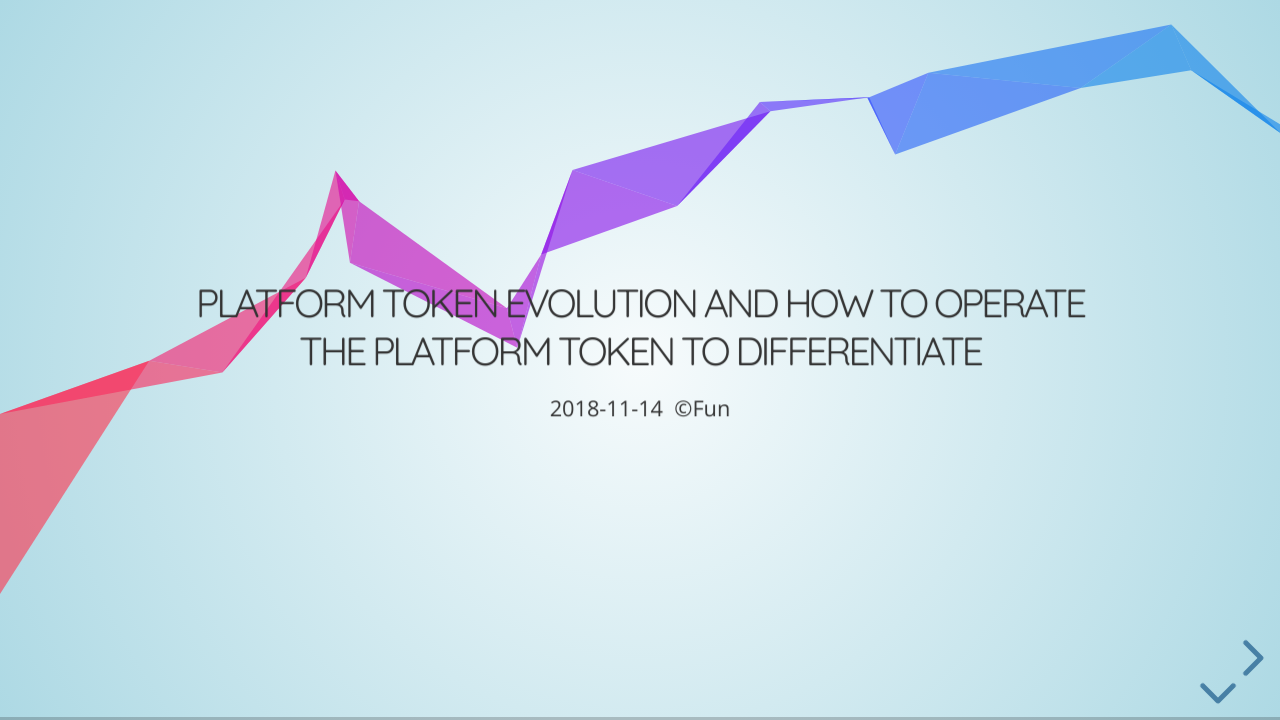
Repository: RickFang666/reveal-ppt
Page: index.html
The author's editor kept a copy of each file at every save. The page is drawn from the files as they stood at one save, then again after the next save.
The browser window is 1280 px wide. The pictures show the whole page.

Above is the page before, as saved 2018-11-13 10:52:20.

### index.html
<!DOCTYPE html>
<html>
  <head>
    <meta charset="utf-8" />
    <meta
      name="viewport"
      content="width=device-width, initial-scale=1.0, maximum-scale=1.0, user-scalable=no"
    />

    <title>reveal.js</title>

    <link rel="stylesheet" href="css/reveal.css" />
    <link rel="stylesheet" href="css/theme/sky.css" />

    <!-- Theme used for syntax highlighting of code -->
    <link rel="stylesheet" href="lib/css/zenburn.css" />
    <link rel="stylesheet" href="css/print/paper.css" />
    <link rel="stylesheet" href="css/custom.css" />
    <!-- Printing and PDF exports -->
    <!--
      <script>
      	var link = document.createElement('link');
      	link.rel = 'stylesheet';
      	link.type = 'text/css';
      	link.href = window.location.search.match(/print-pdf/gi) ? 'css/print/pdf.css' : 'css/print/paper.css';
      	document.getElementsByTagName('head')[0].appendChild(link);
      </script>
    -->
    <style>
      canvas {
        position: absolute;
        top: 0;
        left: 0;
        z-index: 1;
        width: 100%;
        height: 100%;
        pointer-events: none;
      }
    </style>
  </head>

  <body>
    <canvas></canvas>
    <div class="reveal">
      <div class="slides">
        <section>
          <section>
            <h6>
              Platform Token evolution and how to operate the Platform Token to
              differentiate
            </h6>
            <p class="fs-22">2018-11-14&nbsp;&nbsp;©Fun</p>
          </section>
          <section><h4>进步始于交流，收获源于分享</h4></section>
          <!--
            <section>
            	<h4>主题：WEB技术分享与交流</h4>
            	<h4>时间：周五16：00 - 17：00</h4>
            </section>
            <section>
            	<h4 class='ta-l'>会议章程</h4>
            	<ol>
            		<li>主讲人分享技术心得等，30分钟左右</li>
            		<li>组员依次提出本周遇到的技术问题，20分钟左右</li>
            		<li>暂定为自由讨论，10分钟左右</li>
            	</ol>
            </section>
          -->
        </section>
        <section>进入主题</section>
        <section data-markdown>
          <script type="text/template">
            <p class='ta-c'>浅谈React16新特性</p>
            * error boundaries
            * portals
            * render方法新增返回类型
            * 支持自定义DOM属性
            * 更好的服务器端渲染
            * 新的打包策略
            <!-- * MIT许可和新的核心架构 -->
          </script>
        </section>
        <section>
          <section data-markdown class="ta-l">
            <script type="text/template">
              <p class='ta-c'>Better Error Handling</p>
              &emsp;&emsp;之前，组件渲染过程中的运行时错误可能会使应用处于故障状态，产生隐蔽的错误消息并需要刷新页面才能恢复。为了解决这个问题，React16 使用更灵活的错误处理策略。默认情况下，如果在组件的渲染或生命周期方法中引发错误，将会从根节点卸载整个组件树。这可以防止显示损坏的数据，但是，这可能不是理想的用户体验。
            </script>
          </section>
          <section data-markdown class="ta-l">
            <script type="text/template">
              部分UI中的JavaScript错误不应该破坏整个应用程序。为了解决这个问题，React16 引入了error boundaries，中文译为"错误边界"的新概念。
            </script>
          </section>
          <section data-markdown class="ta-l">
            <script type="text/template">
              错误边界是一种特殊的React组件，可以在其子组件树中的任何位置捕获JavaScript错误，记录这些错误并显示回退UI，而不是崩溃的组件树。
            </script>
          </section>
          <section data-markdown class="ta-l">
            <script type="text/template">
              <p>React16 新增生命周期：`componentDidCatch`</p>
              如果一个类组件定义了该生命周期方法，它将成为一个错误边界。
            </script>
          </section>
          <section data-markdown class="ta-l">
            <script type="text/template">
              ```
              // 最佳实践
              class ErrorBoundary extends React.Component {
              	state = {
              	  hasError: false
              	};
              	componentDidCatch(error, info) {
              	  this.setState({ hasError: true });
              	}
              	render() {
              	  if (this.state.hasError) {
              		return <h1>Something went wrong.</h1>;
              	  }
              	  return this.props.children;
              	}
              }
              ```
            </script>
          </section>
          <section data-markdown class="ta-l">
            <script type="text/template">
              ```
              // 作为常规组件使用
              <ErrorBoundary>
              	<App />
              </ErrorBoundary>
              ```
            </script>
          </section>
          <section data-markdown class="ta-l">
            <script type="text/template">
              <p class='ta-c'>Portals</p>
              <p>&emsp;&emsp;Portals，中文可以理解为"传送门"，提供了一种一流的方法来将子组件渲染到父组件的 DOM 结构之外的DOM节点中。默认情况下，React组件树和DOM树是完全对应的，对于一些 Modal , Overlay 之类的组件实现，通常是将它们放在顶层，但逻辑上它们可能只是属于某个子组件，这不利于组件的结构组织。</p>
            </script>
          </section>
          <section data-markdown class="ta-l">
            <script type="text/template">
              ```
              ReactDOM.createPortal(child, container)
              ```
            </script>
          </section>
          <section data-markdown class="ta-l">
            <script type="text/template">
              通过使用 `React.createPortal` ，我们可以将组件渲染到我们想要的任意DOM节点中，但它依然存在于React树中。因此，该组件的行为与其它普通组件相似，在portal内部触发的事件也将传播到父组件。对于组件划分来说，这是一个很棒的特性。
            </script>
          </section>
          <section data-markdown class="ta-l">
            <script type="text/template">
              <p class='ta-c'>New render return types</p>
              React16 添加了新的返回类型：fragments and strings
            </script>
          </section>
          <section data-markdown class="ta-l">
            <script type="text/template">
              * fragments
              <br/>
              React16 支持在组件的render方法中返回一组元素。与其它数组一样，需要为每个元素添加一个唯一的key值以避免警告：
              ```
              render() {
              	// No need to wrap list items in an extra element!
              	return [
              	  // Don't forget the keys
              	  <li key="A">First item</li>,
              	  <li key="B">Second item</li>,
              	  <li key="C">Third item</li>,
              	];
              }
              ```
            </script>
          </section>
          <section data-markdown class="ta-l">
            <script type="text/template">
              从React16.2.0 开始，进一步提高对 JSX特殊片段语法的支持。
              ```
              render() {
              	return (
              	  <>
              		<ChildA />
              		<ChildB />
              		<ChildC />
              	  </>
              	);
              }
              ```
            </script>
          </section>
          <section data-markdown class="ta-l">
            <script type="text/template">
              * string
              <br/>
              React16 支持在组件的render方法中返回字符串：
              ```
              render() {
              	return 'Look ma, no spans!';
              }
              ```
            </script>
          </section>
          <section data-markdown class="ta-l">
            <script type="text/template">
              <p class='ta-l'>所有支持的完整返回类型列表：</p>

              * react elements (jsx)
              * string
              * numbers
              * booleans
              * null
              * fragments
              * portals
            </script>
          </section>
          <section data-markdown class="ta-l">
            <script type="text/template">
              <p class='ta-c'>Support for custom DOM attributes</p>
              &emsp;&emsp;在之前的版本中，React会忽略无法识别的HTML和SVG属性，如果您使用React无法识别的属性编写JSX，则React将跳过它。
            </script>
          </section>
          <section data-markdown class="ta-l">
            <script type="text/template">
              ```
              // Your code:
              <div mycustomattribute="something" />
              ```
              ```
              // React 15 output:
              <div />
              ```
              ```
              // React 16 output:
              <div mycustomattribute="something" />
              ```
            </script>
          </section>
          <section data-markdown class="ta-l">
            <script type="text/template">
              现在，React16 不再忽略无法识别的HTML和SVG属性，而将它们直接传递给DOM。这个改动让React去掉了大部分的属性白名单，从而减小了文件大小。
            </script>
          </section>
          <!--
            <section data-markdown class='ta-l'>
            	<script type='text/template'>
            		<p>注意，您仍然应该使用规范的React命名来获取已知属性。</p>
            	</script>
            </section>
          -->
          <section data-markdown class="ta-l">
            <script type="text/template">
              <p class='ta-c'>Better server-side rendering</p>
              &emsp;&emsp;React16 包含一个完全重写的SSR。新的实现非常快，接近3倍性能于React15 ，现在提供一种流模式streaming，可以更快地把渲染的字节发送到客户端。
            </script>
          </section>
          <section data-markdown class="ta-l">
            <script type="text/template">
              另外，React16 在hydrating ( 注：指客户端基于服务器返回的HTML再次重新渲染）方面表现的更好，它不再要求初始渲染与服务器的结果完全匹配。相反，它会尝试尽可能多地重用现有的DOM。没有更多的校验和！一般来说，不建议在服务器和客户端渲染不同的内容，但在某些情况下（如时间戳）可能会有用。
            </script>
          </section>
          <section data-markdown class="ta-l">
            <script type="text/template">
              <p class='ta-c'>Reduced file size</p>
              &emsp;&emsp;React16 的体积比上个版本减小了32%
              * react is 5.3 kb (2.2 kb gzipped), down from 20.7 kb (6.9 kb gzipped).
              * react-dom is 103.7 kb (32.6 kb gzipped), down from 141 kb (42.9 kb gzipped).
              * react + react-dom is 109 kb (34.8 kb gzipped), down from 161.7 kb (49.8 kb gzipped).
            </script>
          </section>
          <section data-markdown class="ta-l">
            <script type="text/template">
              React体积的减小由于使用了新的打包策略，现在去掉了process.env检查，并且使用Rollup作为打包工具。
            </script>
          </section>
          <!--
            <section data-markdown>
            	<script type='text/template'>
            		<p class='ta-c'>Fiber</p>
            		<p class='ta-l'>&emsp;&emsp;React 16采用了新的核心架构 " Fiber " ,Facebook官方声称：Fiber是对核心算法的一次重新实现，我们改写了React。</p>
            	</script>
            </section>
          -->
        </section>
        <section>
          <section data-markdown>
            <script type="text/template">
              <p class='ta-c'>扩展</p>
              * 组件生命周期变更
              * createRef API
              * forwardRef API
              * Official Context API
              * StrictMode Component
            </script>
          </section>
        </section>
        <section>
          <section data-markdown>
            <script type="text/template">
              <p class='ta-c'>组件生命周期变更</p>
              <p class='ta-c'>未来的React版本将启用异步渲染更新</p>
            </script>
          </section>
          <section data-markdown>
            <script type="text/template">
              <p class='ta-l'>* 16.3：添加3个UNSAFE前缀的生命周期</p>
              ```
              UNSAFE_componentWillMount(){}

              UNSAFE_componentWillReceiveProps(nextProps){}

              UNSAFE_componentWillUpdate(nextProps,nextState){}
              ```
            </script>
          </section>
          <section data-markdown>
            <script type="text/template">
              <p class='ta-l'>* 未来的16.x版本：将对以下生命周期启用弃用警告</p>
              ```
              componentWillMount(){}

              componentWillReceiveProps(nextProps){}

              componentWillUpdate(nextProps,nextState){}
              ```
            </script>
          </section>
          <section data-markdown>
            <script type="text/template">
              <p class='ta-l'>* 17.0：删除以下生命周期</p>
              ```
              componentWillMount(){}

              componentWillReceiveProps(nextProps){}

              componentWillUpdate(nextProps,nextState){}
              ```
            </script>
          </section>
          <section data-markdown>
            <script type="text/template">
              * 新增生命周期：static getDerivedStateFromProps
              ```
              class Example extends React.Component {
              	static getDerivedStateFromProps(nextProps, prevState) {
              	  // ...
              	}
              }
              ```
            </script>
          </section>
          <section data-markdown>
            <script type="text/template">
              <p class='ta-l'>&emsp;&emsp;The new static getDerivedStateFromProps lifecycle is invoked after a component is instantiated as well as when it receives new props. It can return an object to update state, or null to indicate that the new props do not require any state updates.</p>
            </script>
          </section>
          <section data-markdown>
            <script type="text/template">
              <p class='ta-l'>&emsp;&emsp;Together with componentDidUpdate, this new lifecycle should cover all use cases for the legacy componentWillReceiveProps.</p>
            </script>
          </section>
          <section data-markdown>
            <script type="text/template">
              * 新增生命周期： getSnapshotBeforeUpdate
              ```
              class Example extends React.Component {
              	getSnapshotBeforeUpdate(prevProps, prevState) {
              	  // ...
              	}
              }
              ```
            </script>
          </section>
          <section data-markdown>
            <script type="text/template">
              <p class='ta-l'>&emsp;&emsp;The new getSnapshotBeforeUpdate lifecycle is called right before mutations are made (e.g. before the DOM is updated). The return value for this lifecycle will be passed as the third parameter to componentDidUpdate. (This lifecycle isn’t often needed, but can be useful in cases like manually preserving scroll position during rerenders.)</p>
            </script>
          </section>
          <section data-markdown>
            <script type="text/template">
              <p class='ta-l'>&emsp;&emsp;Together with componentDidUpdate, this new lifecycle should cover all use cases for the legacy componentWillUpdate.</p>
            </script>
          </section>
          <section data-markdown>
            <script type="text/template">
              <p class='ta-c'>createRef API</p>
              <p class='ta-l'>&emsp;&emsp;Previously, React provided two ways of managing refs: the legacy string ref API and the callback API. Although the string ref API was the more convenient of the two, it had several downsides and so our official recommendation was to use the callback form instead.</p>
            </script>
          </section>
          <section data-markdown>
            <script type="text/template">
              <p class='ta-l'>&emsp;&emsp;Version 16.3 adds a new option for managing refs that offers the convenience of a string ref without any of the downsides:</p>
            </script>
          </section>
          <section data-markdown>
            <script type="text/template">
              ```
              class MyComponent extends React.Component {
              	constructor(props) {
              	  super(props);

              	  this.inputRef = React.createRef();
              	}

              	render() {
              	  return <input type="text" ref={this.inputRef} />;
              	}

              	componentDidMount() {
              	  this.inputRef.current.focus();
              	}
              }
              ```
            </script>
          </section>
          <section data-markdown>
            <script type="text/template">
              <p class='ta-c'>forwardRef API</p>
              <p class='ta-l'>&emsp;&emsp;Generally, React components are declarative, but sometimes imperative access to the component instances and the underlying DOM nodes is necessary. This is common for use cases like managing focus, selection, or animations. React provides refs as a way to solve this problem. However, component encapsulation poses some challenges with refs.</p>
            </script>
          </section>
          <section data-markdown>
            <script type="text/template">
              <p class='ta-l'>&emsp;&emsp;For example, if you replace a `<button>` with a custom `<FancyButton>` component, the ref attribute on it will start pointing at the wrapper component instead of the DOM node (and would be null for functional components). While this is desirable for “application-level” components like FeedStory or Comment that need to be encapsulated, it can be annoying for “leaf” components such as FancyButton or MyTextInput that are typically used like their DOM counterparts, and might need to expose their DOM nodes.</p>
            </script>
          </section>
          <section data-markdown>
            <script type="text/template">
              <p class='ta-l'>&emsp;&emsp;Ref forwarding is a new opt-in feature that lets some components take a ref they receive, and pass it further down (in other words, “forward” it) to a child. In the example below, FancyButton forwards its ref to a DOM button that it renders:</p>
            </script>
          </section>
          <section data-markdown>
            <script type="text/template">
              ```
              const FancyButton = React.forwardRef((props, ref) => (
              	<button ref={ref} className="FancyButton">
              	  {props.children}
              	</button>
              ));

              // You can now get a ref directly to the DOM button:
              const ref = React.createRef();
              <FancyButton ref={ref}>Click me!</FancyButton>;
              ```
            </script>
          </section>
          <section data-markdown>
            <script type="text/template">
              <p class='ta-l'>&emsp;&emsp;This way, components using FancyButton can get a ref to the underlying button DOM node and access it if necessary—just like if they used a DOM button directly.Ref forwarding is not limited to “leaf” components that render DOM nodes. If you write higher order components, we recommend using ref forwarding to automatically pass the ref down to the wrapped class component instances.</p>
            </script>
          </section>
          <section data-markdown>
            <script type="text/template">
              <p class='ta-c'>Official Context API</p>
              <p class='ta-l'>&emsp;&emsp;For many years, React has offered an experimental API for context. Although it was a powerful tool, its use was discouraged because of inherent problems in the API, and because we always intended to replace the experimental API with a better one.</p>
            </script>
          </section>
          <section data-markdown>
            <script type="text/template">
              <p class='ta-l'>&emsp;&emsp;Version 16.3 introduces a new context API that is more efficient and supports both static type checking and deep updates.Here is an example illustrating how you might inject a “theme” using the new context API:</p>
            </script>
          </section>
          <section data-markdown>
            <script type="text/template">
              ```
              const ThemeContext = React.createContext('light');

              class ThemeProvider extends React.Component {
                state = { theme: 'light' };
                render() {
              	return (
              	  <ThemeContext.Provider value={this.state.theme}>
              		{this.props.children}
              	  </ThemeContext.Provider>
              	);
                }
              }

              class ThemedButton extends React.Component {
                render() {
              	return (
              	  <ThemeContext.Consumer>
              		{theme => <Button theme={theme} />}
              	  </ThemeContext.Consumer>
              	);
                }
              }
              ```
            </script>
          </section>
          <section data-markdown>
            <script type="text/template">
              <p class='ta-c'>StrictMode Component</p>
              <p class='ta-l'>&emsp;&emsp;StrictMode is a tool for highlighting potential problems in an application. Like Fragment, StrictMode does not render any visible UI. It activates additional checks and warnings for its descendants.</p>
            </script>
          </section>
          <section data-markdown>
            <script type="text/template">
              <p class='ta-l'>&emsp;&emsp;Although it is not possible for strict mode to catch all problems (e.g. certain types of mutation), it can help with many. If you see warnings in strict mode, those things will likely cause bugs for async rendering.</p>
            </script>
          </section>
          <section data-markdown>
            <script type="text/template">
              <p class='ta-l'>In version 16.3, StrictMode helps with:</p>
              * Identifying components with unsafe lifecycles
              * Warning about legacy string ref API usage
              * Detecting unexpected side effects
            </script>
          </section>
          <section data-markdown>
            <script type="text/template">
              <p class='ta-l'>StrictMode checks are run in development mode only; they do not impact the production build.</p>
            </script>
          </section>
        </section>
        <section><h2>Thank you !</h2></section>
      </div>
    </div>
    <script>
      document.addEventListener('touchmove', function(e) {
        e.preventDefault()
      })
      var c = document.getElementsByTagName('canvas')[0],
        x = c.getContext('2d'),
        pr = window.devicePixelRatio || 1,
        w = window.innerWidth,
        h = window.innerHeight,
        f = 90,
        q,
        m = Math,
        r = 0,
        u = m.PI * 2,
        v = m.cos,
        z = m.random
      c.width = w * pr
      c.height = h * pr
      x.scale(pr, pr)
      x.globalAlpha = 0.6
      function i() {
        x.clearRect(0, 0, w, h)
        q = [{ x: 0, y: h * 0.7 + f }, { x: 0, y: h * 0.7 - f }]
        while (q[1].x < w + f) d(q[0], q[1])
      }
      function d(i, j) {
        x.beginPath()
        x.moveTo(i.x, i.y)
        x.lineTo(j.x, j.y)
        var k = j.x + (z() * 2 - 0.25) * f,
          n = y(j.y)
        x.lineTo(k, n)
        x.closePath()
        r -= u / -50
        x.fillStyle =
          '#' +
          (
            ((v(r) * 127 + 128) << 16) |
            ((v(r + u / 3) * 127 + 128) << 8) |
            (v(r + (u / 3) * 2) * 127 + 128)
          ).toString(16)
        x.fill()
        q[0] = q[1]
        q[1] = { x: k, y: n }
      }
      function y(p) {
        var t = p + (z() * 2 - 1.1) * f
        return t > h || t < 0 ? y(p) : t
      }
      document.onclick = i
      document.ontouchstart = i
      document.onkeydown = i
      i()
    </script>
    <script src="lib/js/head.min.js"></script>
    <script src="js/reveal.js"></script>

    <script>
      // More info about config & dependencies:
      // - https://github.com/hakimel/reveal.js#configuration
      // - https://github.com/hakimel/reveal.js#dependencies
      Reveal.initialize({
        dependencies: [
          { src: 'plugin/markdown/marked.js' },
          { src: 'plugin/markdown/markdown.js' },
          { src: 'plugin/notes/notes.js', async: true },
          {
            src: 'plugin/highlight/highlight.js',
            async: true,
            callback: function() {
              hljs.initHighlightingOnLoad()
            }
          }
        ]
      })
    </script>
  </body>
</html>

### css/custom.css
.fs-22{
    font-size:22px!important;
}

.ta-l{
    text-align: left;
}

.ta-c{
    text-align: center;
}

.fr{
    float: right;
}

Loaded but not shown: lib/css/zenburn.css (common file); lib/js/head.min.js (library); js/reveal.js (library); plugin/markdown/marked.js (library); plugin/markdown/markdown.js (library); plugin/notes/notes.js (library); plugin/highlight/highlight.js (library); css/reveal.css (1555 lines, source omitted); css/theme/sky.css (271 lines, source omitted); css/print/paper.css (203 lines, source omitted)

After the next save:
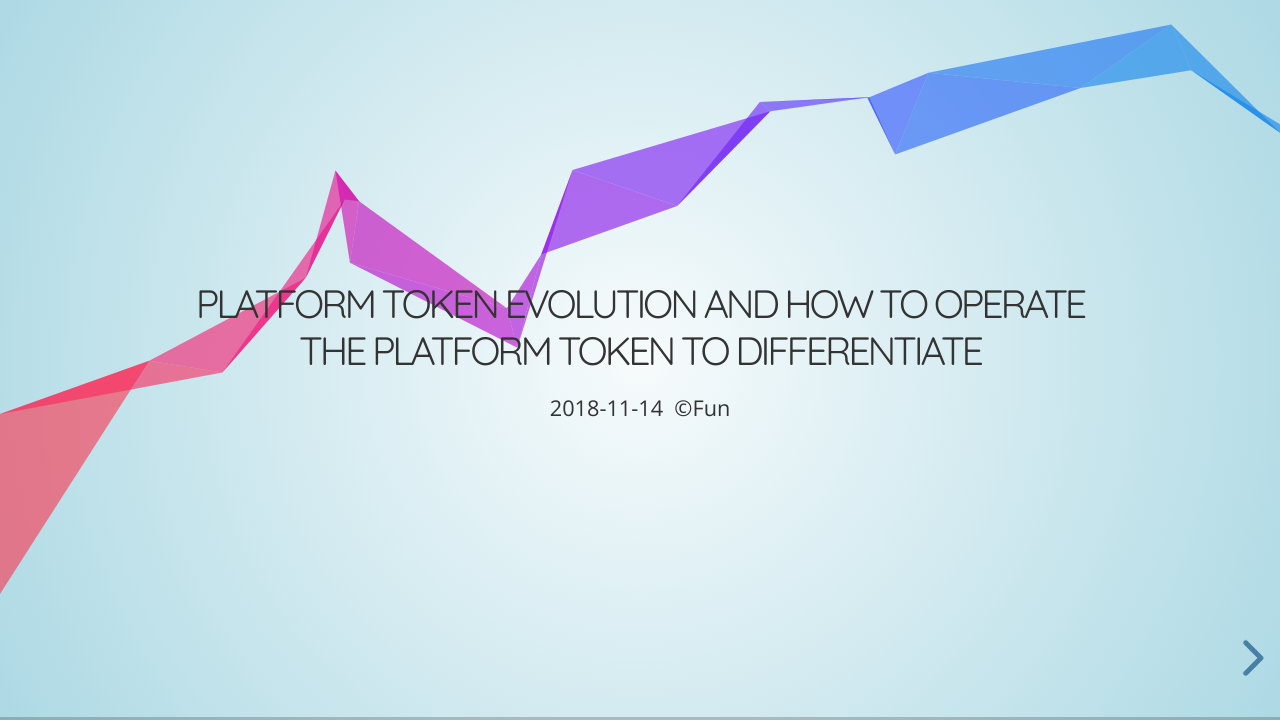
Saved 2 min 12 s later.
--- a/index.html
+++ b/index.html
@@ -51,7 +51,7 @@
             </h6>
             <p class="fs-22">2018-11-14&nbsp;&nbsp;©Fun</p>
           </section>
-          <section><h4>进步始于交流，收获源于分享</h4></section>
+          <!-- <section><h4>进步始于交流，收获源于分享</h4></section> -->
           <!--
             <section>
             	<h4>主题：WEB技术分享与交流</h4>
@@ -67,7 +67,7 @@
             </section>
           -->
         </section>
-        <section>进入主题</section>
+        <section>前⾔</section>
         <section data-markdown>
           <script type="text/template">
             <p class='ta-c'>浅谈React16新特性</p>
